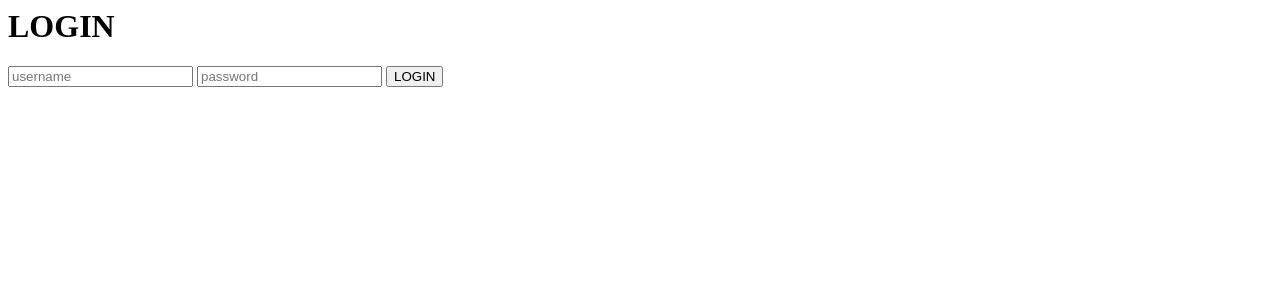
Repository: bosicheng/yelpcamp-project
Page: http://localhost/login
The author's editor kept a record of every edit. The page is drawn from the files as they stood at one moment, then again after the next edit.
The browser window is 1280 px wide. The pictures show the whole page.
The page is served by the project's Node server (Authentication/AuthDemo/app.js).

Above is the page before.

After the next edit:
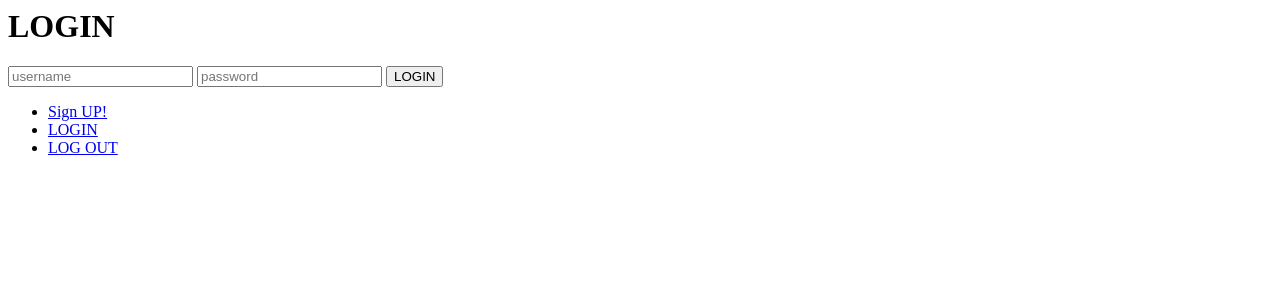
The edit:
--- a/Authentication/AuthDemo/views/login.ejs
+++ b/Authentication/AuthDemo/views/login.ejs
@@ -5,3 +5,10 @@
     <input type="password" name="password" placeholder="password">
     <button>LOGIN</button>
 </form>
+
+
+<ul>
+    <li><a href='/register'>Sign UP!</a></li>
+    <li><a href='/login'>LOGIN</a></li>
+    <li><a href='/logout'>LOG OUT</a></li>
+</ul>
